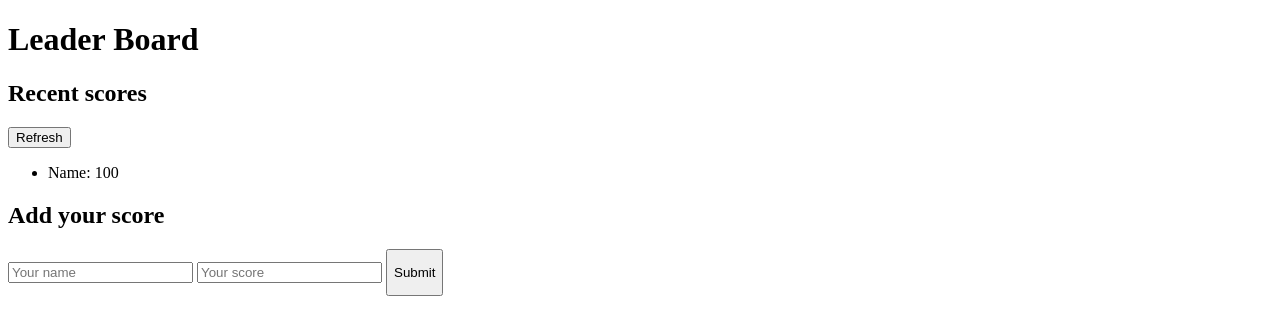
Repository: kennedyowusu/Leaderboard
Page: src/index.html
The author's editor kept a copy of each file at every save. The page is drawn from the files as they stood at one save, then again after the next save.
The browser window is 1280 px wide. The pictures show the whole page.

Above is the page before, as saved 2022-12-20 18:29:38.

### src/index.html
<!DOCTYPE html>
<html lang="en">

<head>
 <meta charset="UTF-8">
 <meta http-equiv="X-UA-Compatible" content="IE=edge">
 <meta name="viewport" content="width=device-width, initial-scale=1.0">
 <title>Leader Board</title>
</head>

<body>
 <main class="main-container">
   <h1 class="main-title">Leader Board</h1>

   <article class="main-holder">
    <!-- divide section into two -->

     <section class="main-left">
       <div class="top-section">
        <h2 class="main-left-title">Recent scores</h2>
        <button class="refresh">Refresh</button>
       </div>
       <ul class="main-left-list" id="mainLeftList">
         <!-- list of recent scores -->
         <li class="main-left-list-items">
           <span class="name" id="userName">Name: </span>
           <span class="score" id="userScore">100 </span>
         </li>

       </ul>
     </section>

     <section class="main-right">
       <div class="top-section-right">
        <h2 class="main-right-title">Add your score</h2>
       </div>
       <form class="main-right-form">
         <input type="text" name="name" placeholder="Your name" required>
         <input type="number" name="score" placeholder="Your score" required>
         <button type="submit" class="submit" id="submit">
          <p class="btn-text">Submit</p>
         </button>
       </form>
     </section>

   </article>



   <script src="https://cdn.jsdelivr.net/npm/axios/dist/axios.min.js"></script>
 </main>
</body>
</html>

After the next save:
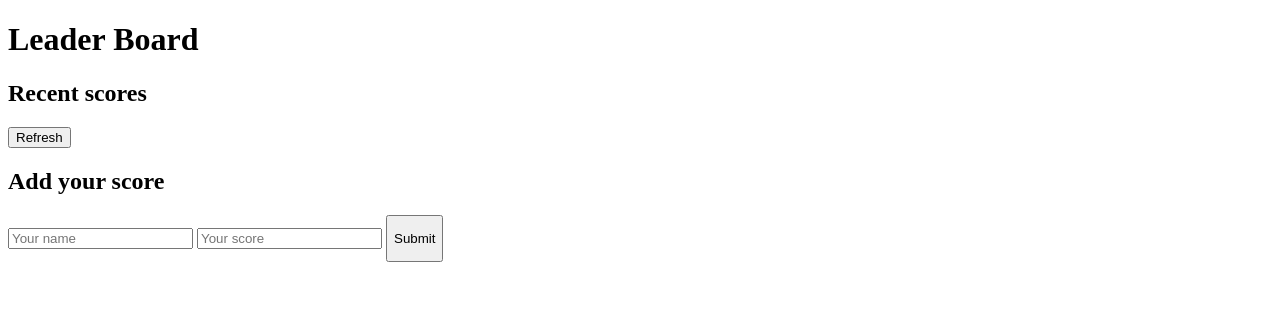
Saved 2 min 9 s later.
--- a/src/index.html
+++ b/src/index.html
@@ -22,10 +22,10 @@
        </div>
        <ul class="main-left-list" id="mainLeftList">
          <!-- list of recent scores -->
-         <li class="main-left-list-items">
+         <!-- <li class="main-left-list-items">
            <span class="name" id="userName">Name: </span>
            <span class="score" id="userScore">100 </span>
-         </li>
+         </li> -->
 
        </ul>
      </section>
